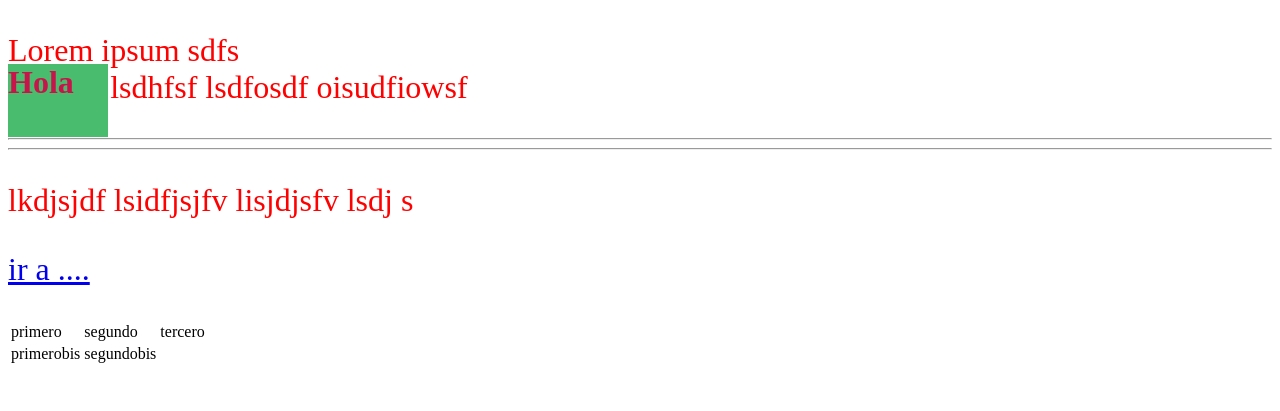
Repository: gadiazsaavedra/Unidad_2
Page: index.html
The author's editor kept a copy of each file at every save. The page is drawn from the files as they stood at one save, then again after a run of saves.
The browser window is 1280 px wide. The pictures show the whole page.

Above is the page before, as saved 2023-08-07 16:13:35.

After the next 2 saves:
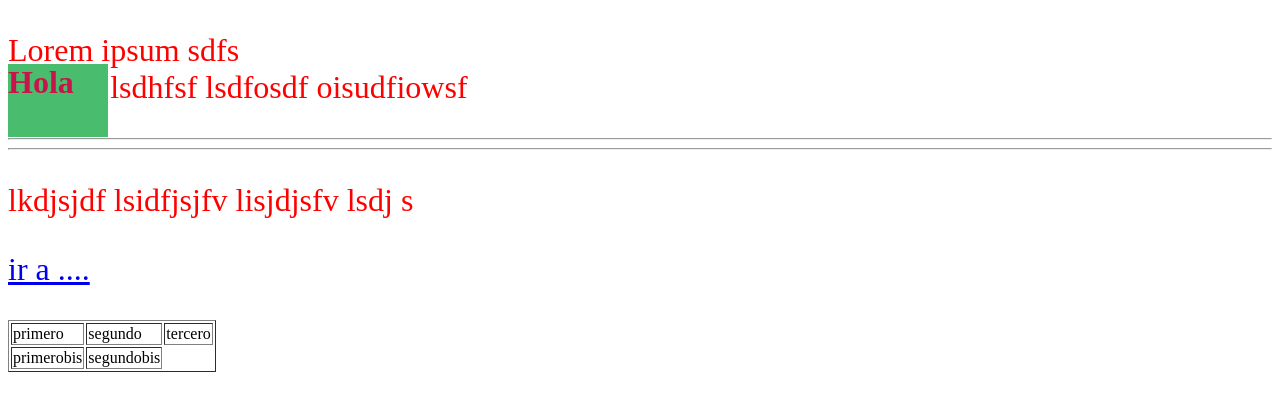
The 2 saves are shown as one change because they came seconds apart.
The last was saved 68 s later.
--- a/index.html
+++ b/index.html
@@ -13,7 +13,7 @@
     <hr/>
     <p>lkdjsjdf lsidfjsjfv lisjdjsfv lsdj s</p>
     <p><a href="https://www.google.com/">ir a ....</a><br>
-    <table>
+    <table border>
       <tr>
         <td> primero</td>
         <td>segundo</td>
